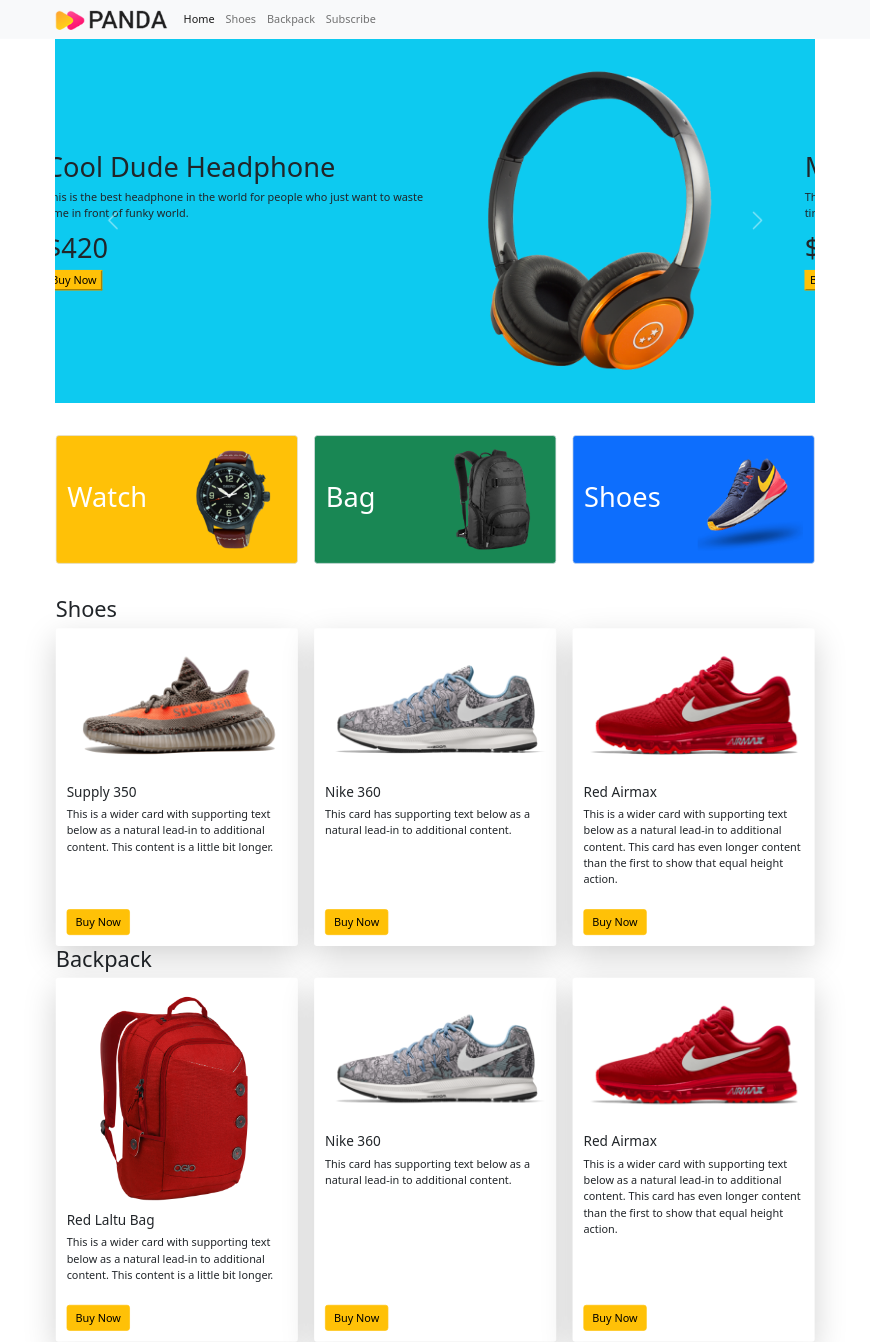
Repository: mdmohiddin/panda-commerce-rp
Page: index.html
The author's editor kept a copy of each file at every save. The page is drawn from the files as they stood at one save, then again after the next save.
The browser window is 1280 px wide. The pictures show the whole page, at 68% of full size.

Above is the page before, as saved 2021-07-28 19:19:45.

After the next save:
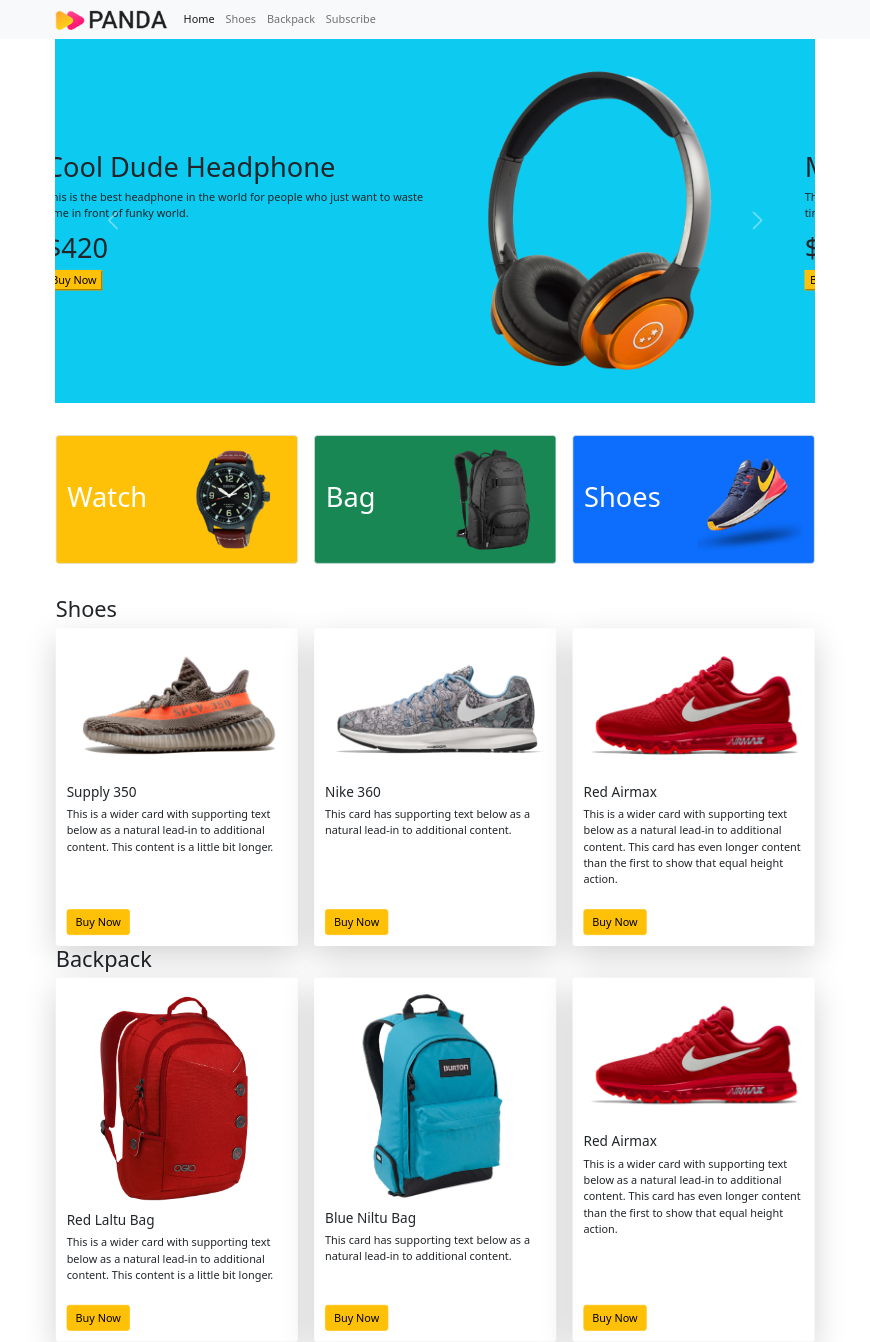
Saved 39 s later.
--- a/index.html
+++ b/index.html
@@ -201,9 +201,9 @@
 
                 <div class="col">
                   <div class="card h-100 border-0 shadow-lg">
-                    <img src="images/shoes/shoe-2.png" class="card-img-top" alt="...">
-                    <div class="card-body">
-                      <h5 class="card-title">Nike 360</h5>
+                    <img src="images/bags/bag-2.png" class="card-img-top" alt="...">
+                    <div class="card-body">
+                      <h5 class="card-title">Blue Niltu Bag</h5>
                       <p class="card-text">This card has supporting text below as a natural lead-in to additional content.</p>
                     </div>
                     <div class="m-3">
